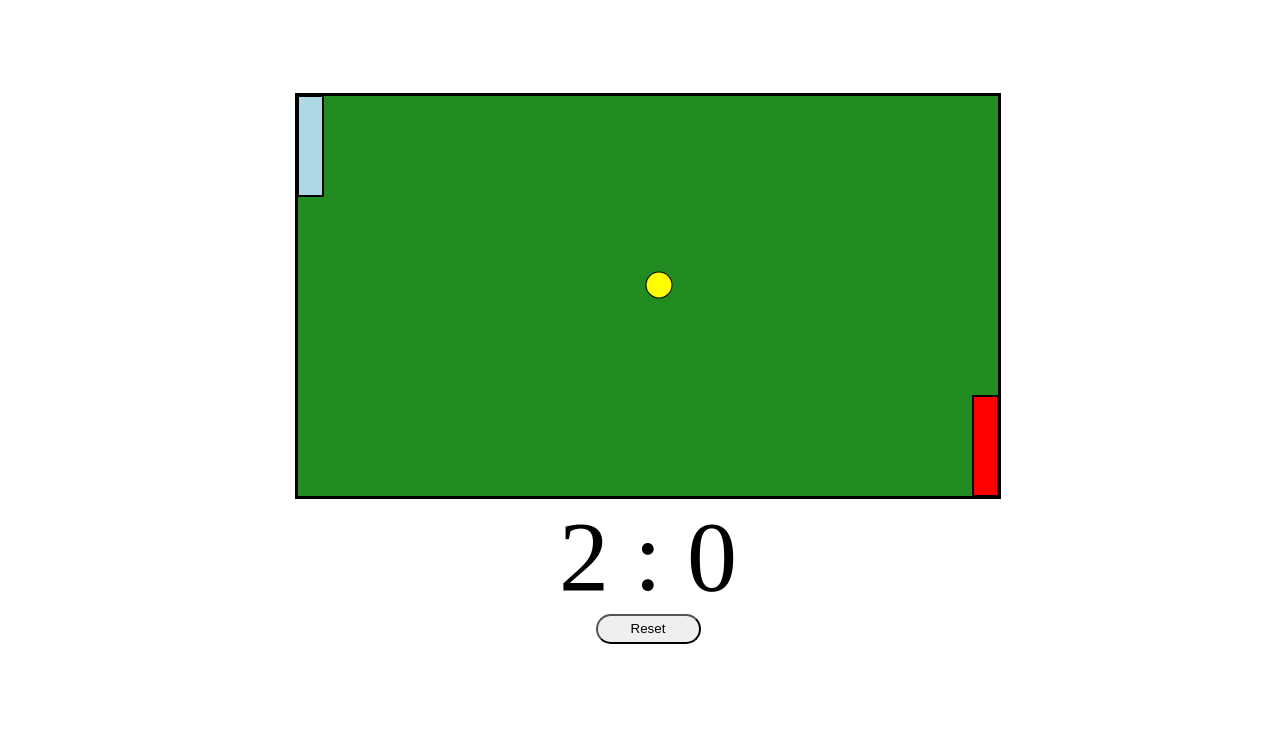
Repository: zacheys123/ping-pong
Page: index.html
These files come from the project's save history. The page is drawn as it stood at one moment and after a run of saves; the edit follows.
The browser window is 1280 px wide. The page is 1288 px wide, so the pictures cover 1288 px, including what lies to the right of the window. The pictures show the whole page.

Above is the page before, as saved 2023-07-01 00:34:49.

### index.html
<html lang="en">
	<head>
		<meta charset="UTF-8" />
		<meta http-equiv="X-UA-Compatible" content="IE=edge" />
		<meta
			name="viewport"
			content="width=device-width, initial-scale=1.0"
		/>
		<title>Ping pong</title>
		<link rel="stylesheet" href="style.css" />
	</head>
	<body>
		<div id="gamecontainer">
			<canvas id="gameboard"></canvas>
			<div id="scoretext">0 : 0</div>
			<button id="resetbutton">Reset</button>
		</div>

		<script src="index.js"></script>
	</body>
</html>

### style.css
body {
	display: flex;
	justify-content: center;
	align-items: center;
	position: relative;
	width: 100vw;
	height: 100vh;
	overflow-y: hidden;
}
#gamecontainer {
	position: absolute;
	width: 100%;
	text-align: center;
}
#gameboard {
	border: 3px solid;
}
#scoretext {
	font-family: 'consolas' cursive;
	font-size: 100px;
}
#resetbutton {
	font-family: 'monospace' cursive;
	border-radius: 15px;
	cursor: pointer;
	width: 105px;
	height: 30px;
}

### index.js
const canvas = document.querySelector('#gameboard');
const ctx = canvas.getContext('2d');
const scoreText = document.querySelector('#scoretext');
canvas.width = 700;
canvas.height = 400;
const gamewidth = canvas.width;
const gameheight = canvas.height;
const resetbutton = document.querySelector('#resetbutton');
const paddle1color = 'lightblue';
const paddle2color = 'red';
const gameColor = 'forestgreen';
const paddleBorder = 'black';
const ballcolor = 'yellow';
const ballborder = 'black';
const ballradius = 12.5;
const paddlespeed = 50;

let intervalId = 0;
let ballspeed = 1;
let ballX = gamewidth / 2;
let ballY = gameheight / 2;
let ballXdirection = 0;
let ballYdirection = 0;
let player1score = 0;
let player2score = 0;
let paddle1 = { width: 25, height: 100, x: 0, y: 0 };
let paddle2 = {
	width: 25,
	height: 100,
	x: gamewidth - 25,
	y: gameheight - 100,
};

addEventListener('keydown', changeDirections, true);
resetbutton.addEventListener('click', reset, true);

gameStart();

function gameStart() {
	createBall();
	nextTick();
}
function nextTick() {
	intervalId = setTimeout(function () {
		clearBoard();
		drawPaddles();

		moveBall();
		drawBall(ballX, ballY);
		checkCollision();
		nextTick();
	}, 76);
}
function drawBall(ballX, ballY) {
	ctx.fillStyle = ballcolor;

	ctx.strokeStyle = ballborder;
	ctx.lineWidth = 2;
	ctx.beginPath();
	ctx.arc(ballX, ballY, ballradius, 0, 2 * Math.PI);
	ctx.stroke();
	ctx.fill();
}
function clearBoard() {
	ctx.fillStyle = gameColor;
	ctx.fillRect(0, 0, gamewidth, gameheight);
}
function changeDirections(event) {
	const keyPressed = event.keyCode;
	const paddle1Up = 87;
	const paddle1Down = 83;
	const paddle2Up = 38;
	const paddle2Down = 40;
	switch (keyPressed) {
		case paddle1Up:
			if (paddle1.y > 0) paddle1.y -= paddlespeed;
			break;
		case paddle1Down:
			if (paddle1.y + paddle1.height < gameheight)
				paddle1.y += paddlespeed;
			break;
		case paddle2Up:
			if (paddle2.y > 0) paddle2.y -= paddlespeed;
			break;
		case paddle2Down:
			if (paddle2.y + paddle2.height < gameheight)
				paddle2.y += paddlespeed;
			break;
	}
}
function createBall() {
	ballspeed = 11;
	if (Math.round(Math.random()) === 1) {
		ballXdirection = 1;
	} else {
		ballXdirection = -1;
	}
	if (Math.round(Math.random()) === 1) {
		ballYdirection = 1;
	} else {
		ballYdirection = -1;
	}
	ballX = gamewidth / 2;
	ballY = gameheight / 2;
	drawBall(ballX, ballY);
}
function moveBall() {
	ballX += ballspeed * ballXdirection;
	ballY += ballspeed * ballYdirection;
}
function checkCollision() {
	if (ballY - ballradius <= 0) {
		ballYdirection *= -1;
	}
	if (ballY + ballradius >= gameheight) {
		ballYdirection *= -1;
	}

	if (ballX <= 0) {
		player1score += 1;
		updateScore();
		createBall();
		return;
	}
	if (ballX >= gamewidth) {
		player2score += 1;
		updateScore();
		createBall();
		return;
	}
}
function drawPaddles() {
	ctx.strokeStyle = paddleBorder;
	ctx.fillStyle = paddle1color;
	ctx.fillRect(paddle1.x, paddle1.y, paddle1.width, paddle1.height);
	ctx.strokeRect(paddle1.x, paddle1.y, paddle1.width, paddle1.height);
	ctx.fillStyle = paddle2color;
	ctx.fillRect(paddle2.x, paddle2.y, paddle2.width, paddle2.height);
	ctx.strokeRect(paddle2.x, paddle2.y, paddle2.width, paddle2.height);
}
function updateScore() {
	scoreText.textContent = `${player1score} : ${player2score}`;
}
function reset() {}

After the next 2 saves:
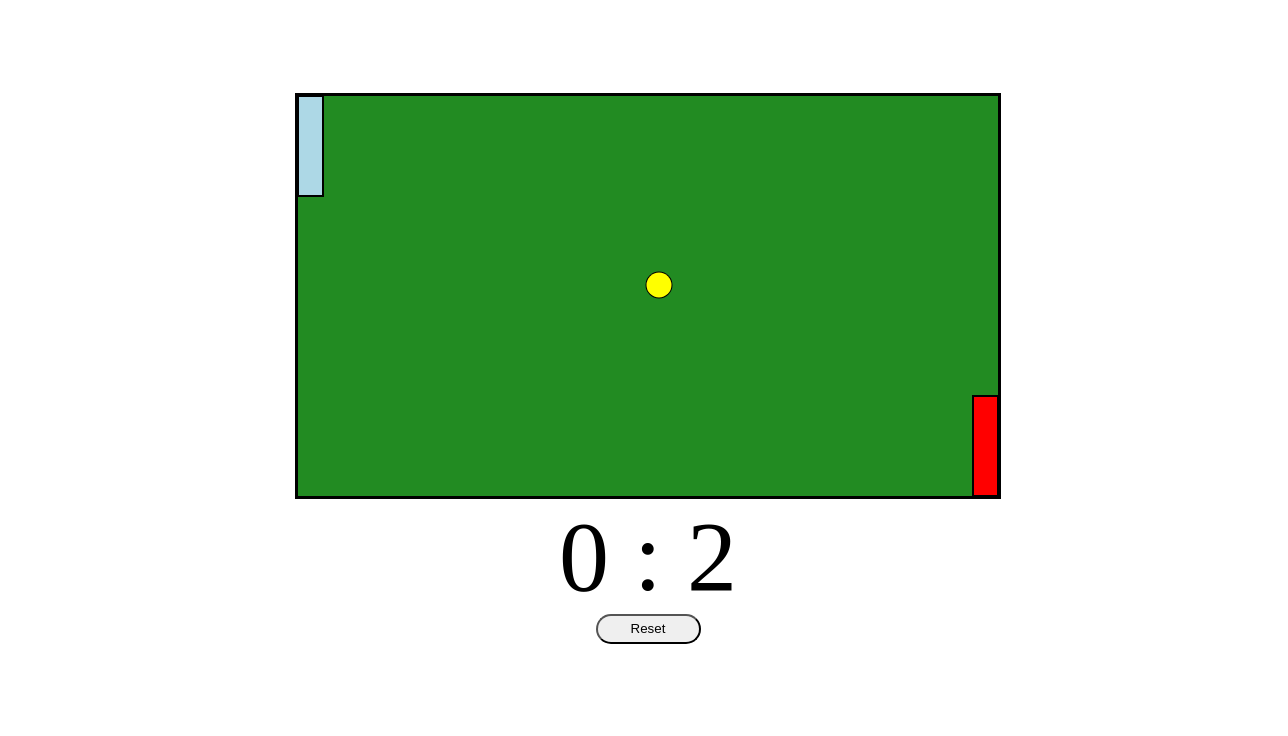
The 2 saves are shown as one change because they came seconds apart.
The last was saved 20 s later.
--- a/index.js
+++ b/index.js
@@ -139,6 +139,6 @@ function drawPaddles() {
 	ctx.strokeRect(paddle2.x, paddle2.y, paddle2.width, paddle2.height);
 }
 function updateScore() {
-	scoreText.textContent = `${player1score} : ${player2score}`;
+	scoreText.textContent = `${player2score} : ${player1score}`;
 }
 function reset() {}
